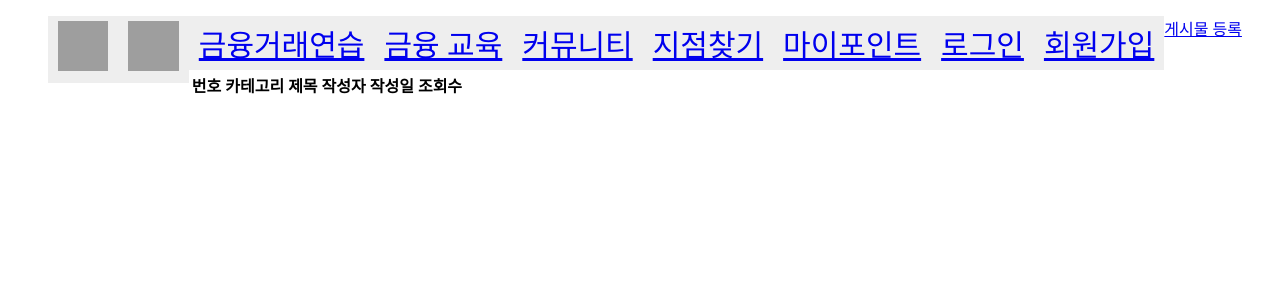
Repository: syc98syc/KB04_TeamProject
Page: http://localhost/jgig/WEB-INF/jsp/board/list.jsp
The author's editor kept a copy of each file at every save. The page is drawn from the files as they stood at one save, then again after the next save.
The browser window is 1280 px wide. The pictures show the whole page.
Pictures or frames that could not be fetched are drawn as grey boxes. The page is served by Tomcat 9. Nobody is signed in. The template is opened directly, without the code that normally fills it, so the values that code supplies are empty.

Above is the page before, as saved 2023-09-06 01:14:43.

After the next save:
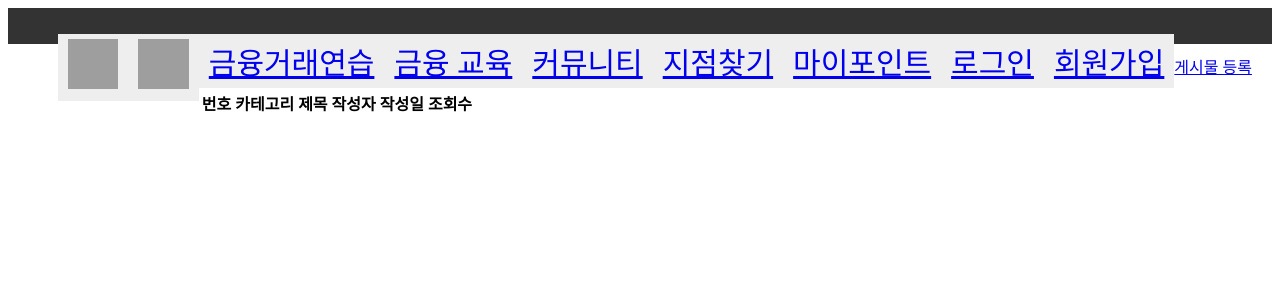
Saved 10 min 33 s later.
--- a/jgig/src/main/webapp/WEB-INF/jsp/board/list.jsp
+++ b/jgig/src/main/webapp/WEB-INF/jsp/board/list.jsp
@@ -8,6 +8,25 @@
 <meta name="viewport" content="width=device-width, initial-scale=1.0">
 <title>웹게시물 목록</title>
 <style>
+/* 상단 메뉴 스타일 */
+        #top-menu {
+            background-color: #333;
+            color: #fff;
+            padding: 10px;
+        }
+
+        /* 좌측 메뉴 스타일 */
+        #left-menu {
+            width: 250px;
+            background-color: #f0f0f0;
+            padding: 10px;
+        }
+
+        /* 메인 콘텐츠 영역 스타일 */
+        #content {
+            padding: 10px;
+        }
+
 
 	img {
 		width: 7vmin;
@@ -25,7 +44,7 @@
 </style>
 </head>
 <body>
-	<div id = "TopsideMenu">
+	<div id = "top-menu">
 		<nav>
 				<ul><!-- 각 항목 클릭 시 iframe 부분을 해당 사이트로 변경 -->
 					<li><img src="resources/img/KB.png"></li>
@@ -42,6 +61,8 @@
 	</div>
 
 
+
+	<div id="content">
 	<a href="/board_insert_form">게시물 등록</a> <br>
 	<table>
 		<tr>
@@ -62,6 +83,7 @@
 		</tr>
 		</c:forEach>
 	</table>
+	</div>
 
 </body>
 </html>
